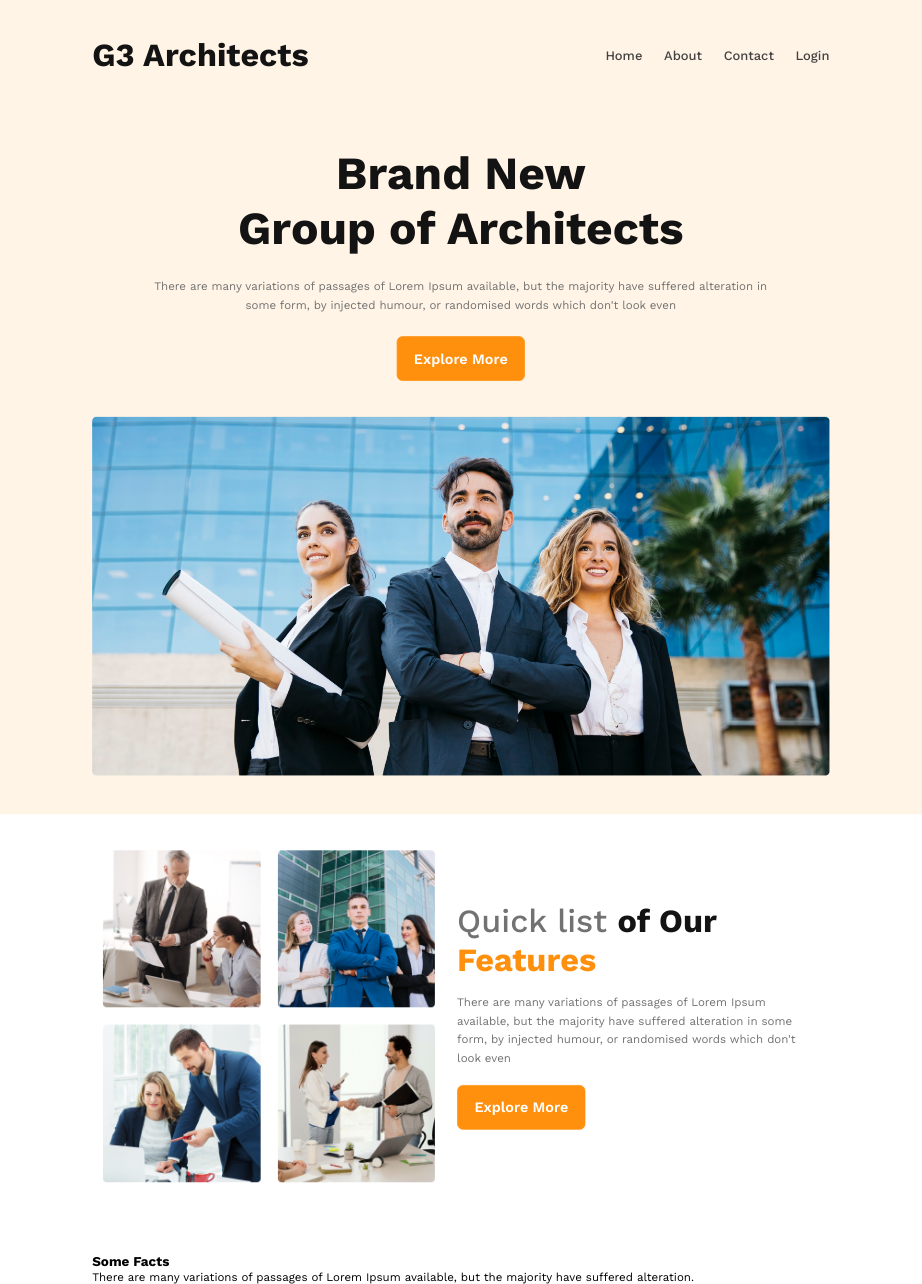
Repository: ShouravAhammed/G3-architects-webpage
Page: index.html
These files come from the project's save history. The page is drawn as it stood at one moment and after the next save; the edit follows.
The browser window is 1280 px wide. The pictures show the whole page, at 72% of full size.

Above is the page before, as saved 2024-01-13 01:24:23.

After the next save:
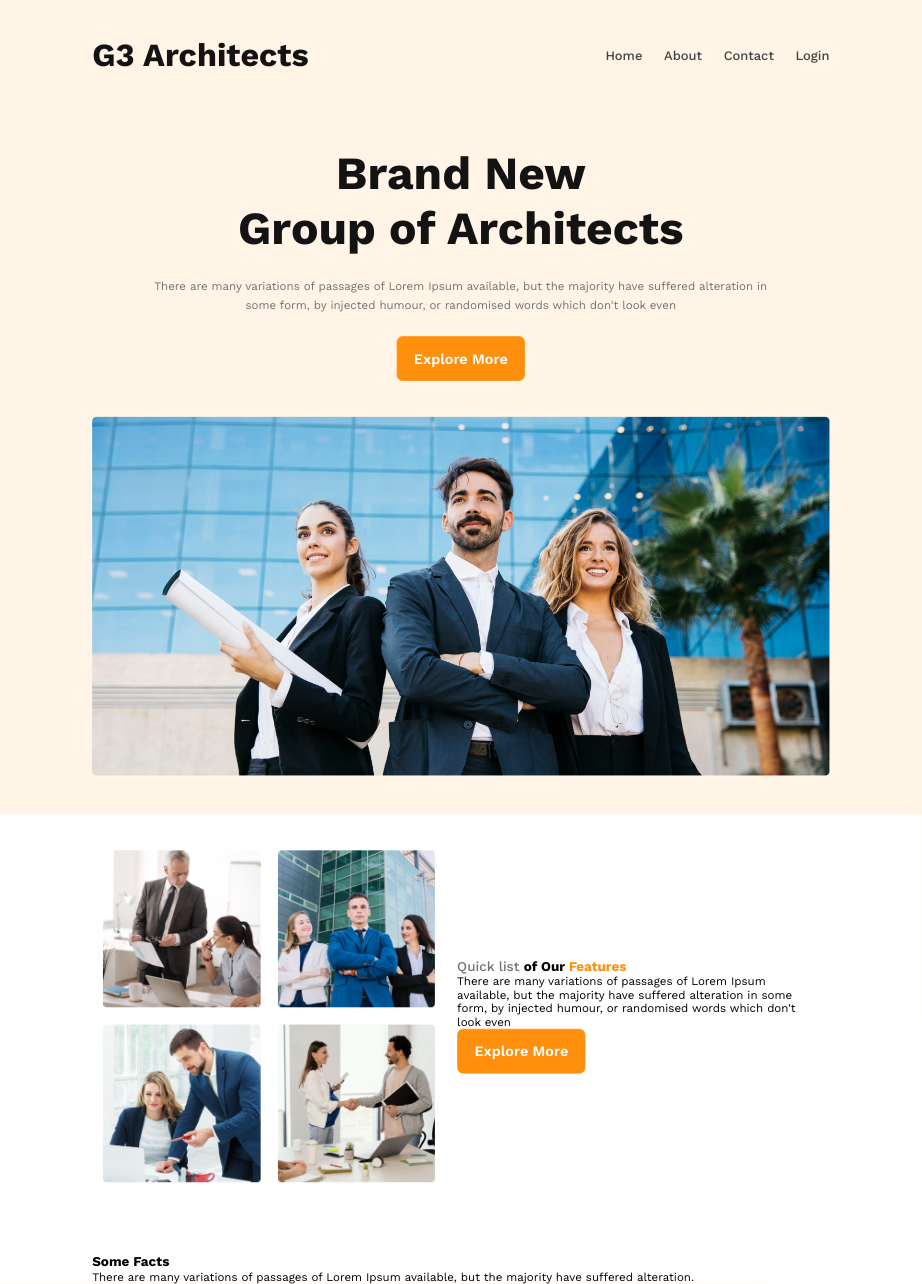
Saved 2 min 48 s later.
--- a/styles/style.css
+++ b/styles/style.css
@@ -114,7 +114,7 @@
 .team-content .team-text{
     width: 49%;
 }
-.team-text .team-title{
+.primary-title{
     color: #131313;
     font-size: 45px;
     font-weight: 700;
@@ -126,7 +126,7 @@
 #yellow-font{
     color: #FF900E;
 }
-.team-text .team-description{
+.primary-description{
     color: #727272;
     font-size: 16px;
     font-weight: 400;
